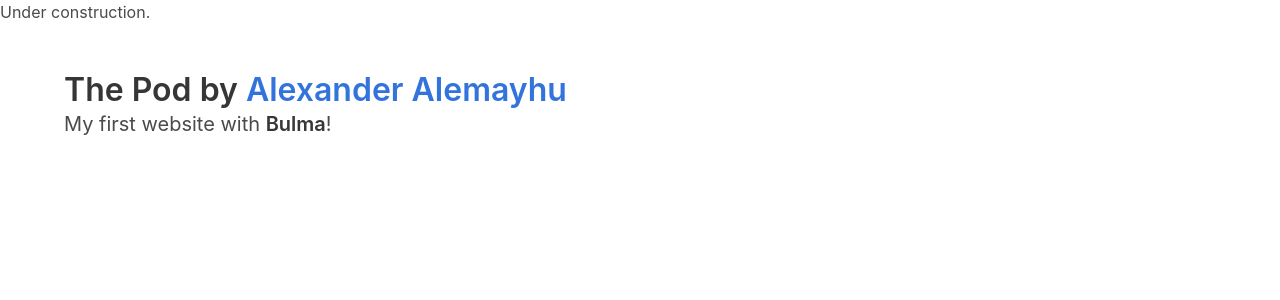
Repository: aalemayhu/podcast.alemayhu.com
Page: index.html
An editor plug-in stored every save of this project. The page is shown before and after the next save, followed by the edit.
The browser window is 1280 px wide. The pictures show the whole page.
Some web libraries are served in a nearby version.

Above is the page before, as saved 2020-03-07 22:47:55.

After the next save:
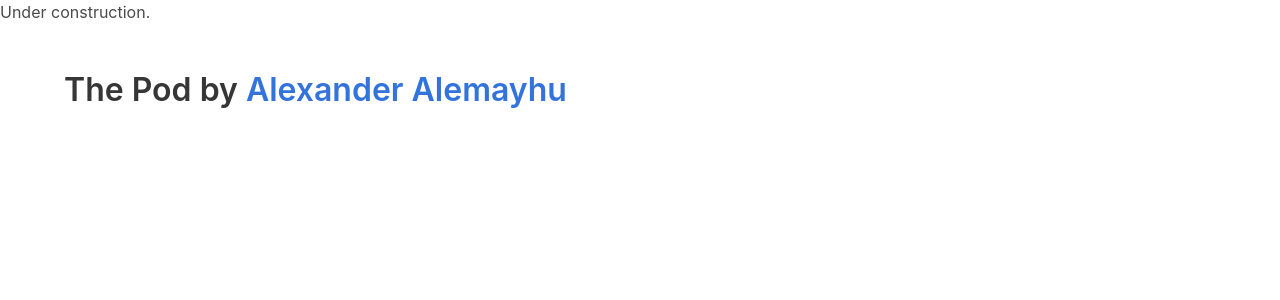
Saved 6 s later.
--- a/index.html
+++ b/index.html
@@ -16,7 +16,7 @@ Under construction.
           The Pod by <a href="https://github.com/scanf">Alexander Alemayhu</a>
       </h1>
       <p class="subtitle">
-        My first website with <strong>Bulma</strong>!
+
       </p>
     </div>
   </section>
